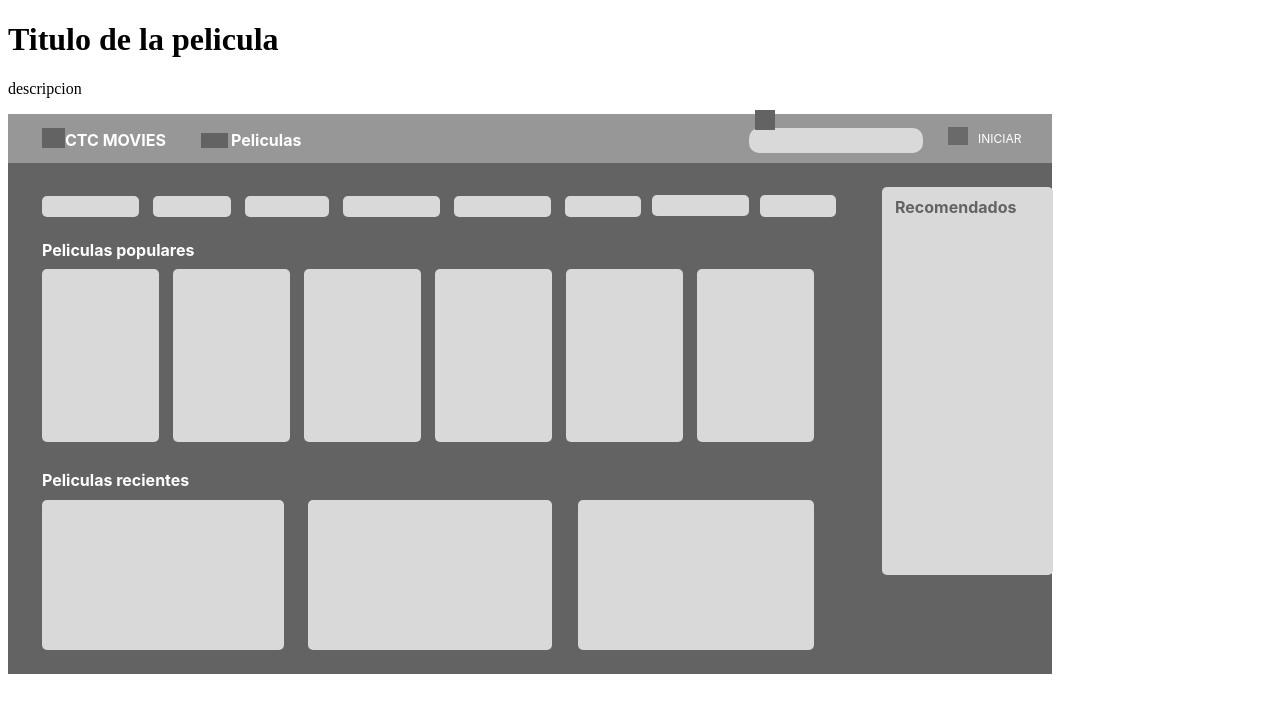
Repository: eschala/Innovadores-Adl_Sep2023
Page: Content/Index_.html
The author's editor kept a copy of each file at every save. The page is drawn from the files as they stood at one save, then again after the next save.
The browser window is 1280 px wide. The pictures show the whole page.

Above is the page before, as saved 2023-12-01 23:55:09.
Console error: SyntaxError: Unexpected token ')'

### Content/Index_.html
<!DOCTYPE html>
<html lang="en">
<head>
    <meta charset="UTF-8">
    <meta name="viewport" content="width=device-width, initial-scale=1.0">
    <title>Document</title>
</head>
<body>

    <div class="main">
        <h1 class="tittle_Main">
            Titulo de la pelicula
        </h1>

        <p class="parrafo">
            descripcion
        </p>
        <div class="" id="ingresarPelicula">

        </div>



        <div style="width: 100%; height: 100%; position: relative">
            <div style="width: 1044px; height: 536px; left: 0px; top: 24px; position: absolute; background: #636363"></div>
            <div style="width: 1044px; height: 49px; left: 0px; top: 0px; position: absolute; background: #989797"></div>
            <div style="width: 174px; height: 25px; left: 741px; top: 14px; position: absolute; background: #D9D9D9; border-radius: 10px"></div>
            <div style="width: 20px; height: 20px; left: 767px; top: 16px; position: absolute; transform: rotate(180deg); transform-origin: 0 0; background: #636363"></div>
            <div style="width: 51px; height: 14px; left: 970px; top: 17px; position: absolute; color: white; font-size: 12px; font-family: Inter; font-weight: 400; word-wrap: break-word">INICIAR </div>
            <div style="width: 20.34px; height: 18px; left: 940px; top: 13px; position: absolute; opacity: 0.30; background: black"></div>
            <div style="width: 112px; height: 25px; left: 57px; top: 16px; position: absolute; color: white; font-size: 16px; font-family: Inter; font-weight: 700; word-wrap: break-word">CTC MOVIES</div>
            <div style="width: 77px; height: 22px; left: 223px; top: 16px; position: absolute; color: white; font-size: 16px; font-family: Inter; font-weight: 700; word-wrap: break-word">Peliculas</div>
            <div style="width: 23px; height: 20px; left: 34px; top: 14px; position: absolute; background: #636363"></div>
            <div style="width: 27px; height: 15px; left: 193px; top: 19px; position: absolute; background: #636363"></div>
            <div style="width: 117px; height: 173px; left: 34px; top: 155px; position: absolute; background: #D9D9D9; border-radius: 5px"></div>
            <div style="width: 97px; height: 21px; left: 34px; top: 82px; position: absolute; background: #D9D9D9; border-radius: 5px"></div>
            <div style="width: 78px; height: 21px; left: 145px; top: 82px; position: absolute; background: #D9D9D9; border-radius: 5px"></div>
            <div style="width: 84px; height: 21px; left: 237px; top: 82px; position: absolute; background: #D9D9D9; border-radius: 5px"></div>
            <div style="width: 97px; height: 21px; left: 335px; top: 82px; position: absolute; background: #D9D9D9; border-radius: 5px"></div>
            <div style="width: 97px; height: 21px; left: 446px; top: 82px; position: absolute; background: #D9D9D9; border-radius: 5px"></div>
            <div style="width: 76px; height: 21px; left: 557px; top: 82px; position: absolute; background: #D9D9D9; border-radius: 5px"></div>
            <div style="width: 97px; height: 21px; left: 644px; top: 81px; position: absolute; background: #D9D9D9; border-radius: 5px"></div>
            <div style="width: 76px; height: 22px; left: 752px; top: 81px; position: absolute; background: #D9D9D9; border-radius: 5px"></div>
            <div style="width: 242px; height: 150px; left: 34px; top: 386px; position: absolute; background: #D9D9D9; border-radius: 5px"></div>
            <div style="width: 244px; height: 150px; left: 300px; top: 386px; position: absolute; background: #D9D9D9; border-radius: 5px"></div>
            <div style="width: 236px; height: 150px; left: 570px; top: 386px; position: absolute; background: #D9D9D9; border-radius: 5px"></div>
            <div style="width: 117px; height: 173px; left: 296px; top: 155px; position: absolute; background: #D9D9D9; border-radius: 5px"></div>
            <div style="width: 117px; height: 173px; left: 427px; top: 155px; position: absolute; background: #D9D9D9; border-radius: 5px"></div>
            <div style="width: 117px; height: 173px; left: 558px; top: 155px; position: absolute; background: #D9D9D9; border-radius: 5px"></div>
            <div style="width: 117px; height: 173px; left: 689px; top: 155px; position: absolute; background: #D9D9D9; border-radius: 5px"></div>
            <div style="width: 117px; height: 173px; left: 165px; top: 155px; position: absolute; background: #D9D9D9; border-radius: 5px"></div>
            <div style="width: 171px; height: 388px; left: 874px; top: 73px; position: absolute; background: #D9D9D9; border-radius: 5px"></div>
            <div style="width: 159px; height: 19px; left: 34px; top: 126px; position: absolute; color: white; font-size: 16px; font-family: Inter; font-weight: 700; word-wrap: break-word">Peliculas populares</div>
            <div style="width: 159px; height: 19px; left: 34px; top: 356px; position: absolute; color: white; font-size: 16px; font-family: Inter; font-weight: 700; word-wrap: break-word">Peliculas recientes</div>
            <div style="width: 134px; height: 19px; left: 887px; top: 83px; position: absolute; color: #636363; font-size: 16px; font-family: Inter; font-weight: 700; word-wrap: break-word">Recomendados</div>
        </div>



    </div>

    <script src="script_p.js"></script>
</body>
</html>

### Content/script_p.js
const main_ =document.querySelector(".main");
const tittle_Main_ =document.querySelector(".tittle_Main");
const parrafo_ =document.querySelector(".parrafo");


const searchTerm = document.querySelector('#ingresarPelicula').value;
const apiKey = '711ffca8';
const apiUrl = `http://www.omdbapi.com/?apikey=${apiKey}&s=${searchTerm}`;
const apiUrl2 = `http://www.omdbapi.com/?apikey=[711ffca8]&`;

fetch(apiUrl2)
.then(res=>res.json())
.then(response=>)

After the next save:
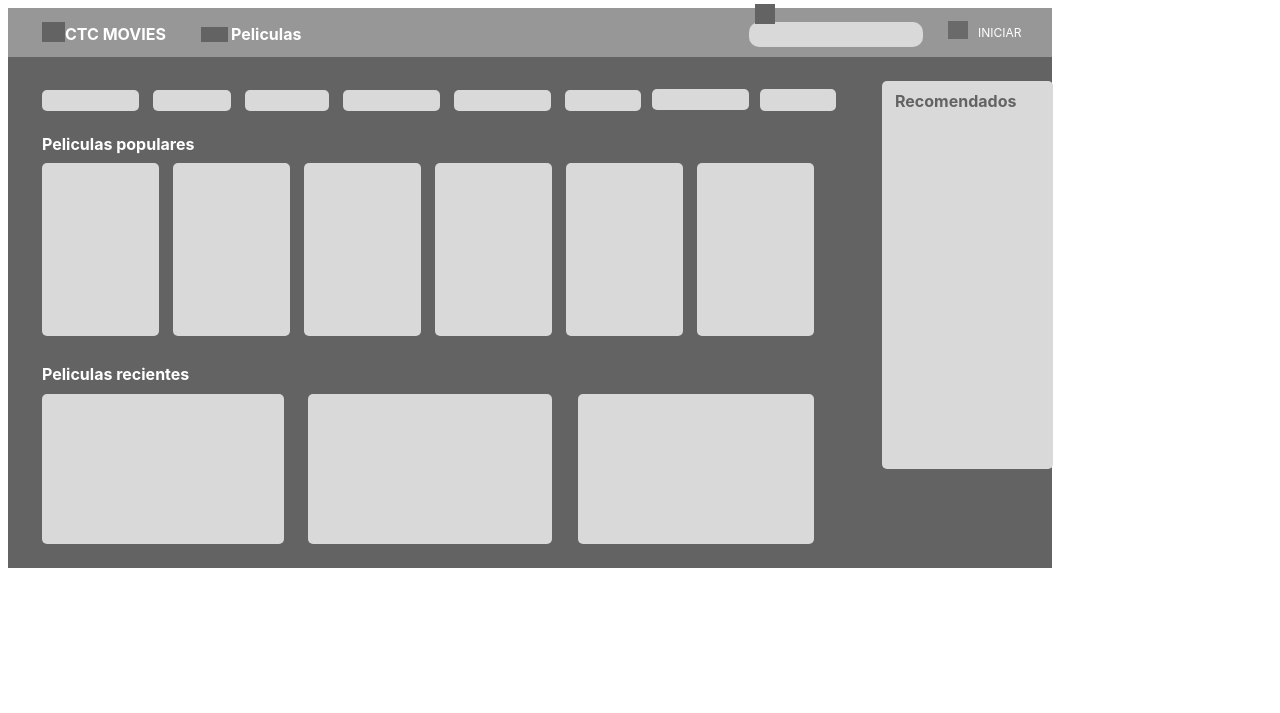
Saved 8 s later.
--- a/Content/Index_.html
+++ b/Content/Index_.html
@@ -6,19 +6,6 @@
     <title>Document</title>
 </head>
 <body>
-
-    <div class="main">
-        <h1 class="tittle_Main">
-            Titulo de la pelicula
-        </h1>
-
-        <p class="parrafo">
-            descripcion
-        </p>
-        <div class="" id="ingresarPelicula">
-
-        </div>
-
 
 
         <div style="width: 100%; height: 100%; position: relative">
